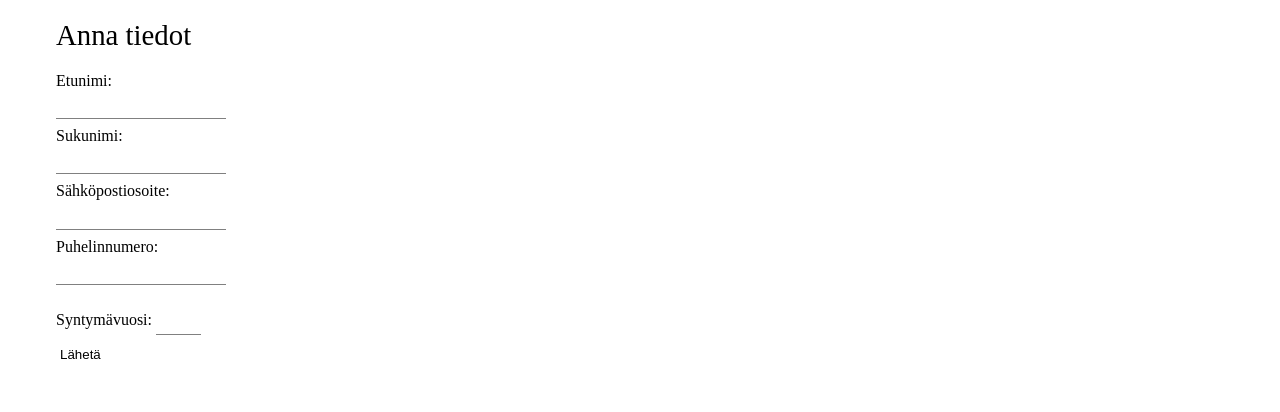
Repository: sirkian/ohj2-t4
Page: http://localhost/Tehtava3/kysy.jsp
These files come from the project's save history. The page is drawn as it stood at one moment and after the next save; the edit follows.
The browser window is 1280 px wide. The pictures show the whole page.
The page is served by Tomcat 9.

Above is the page before, as saved 2022-03-23 13:36:01.

After the next save:
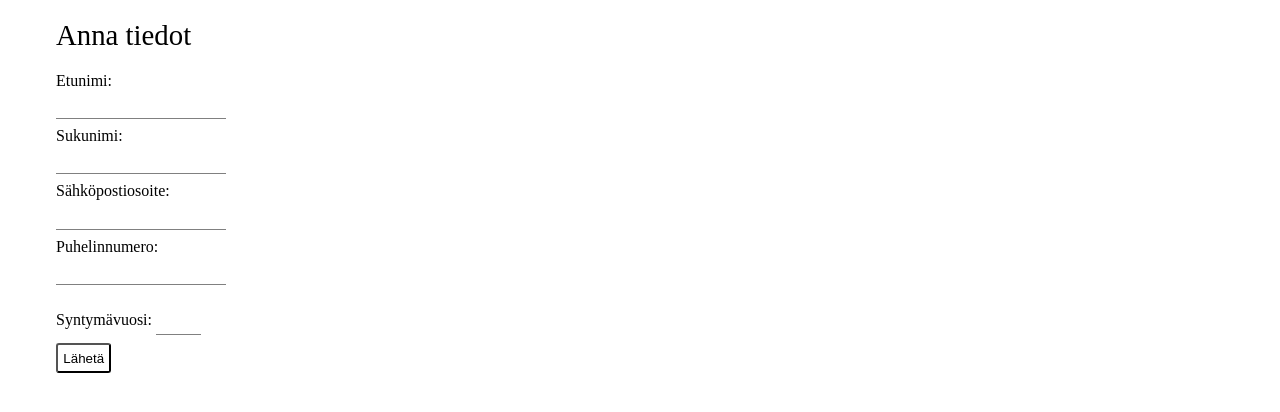
Saved 12 s later.
--- a/Tehtava3/src/main/webapp/kysy.jsp
+++ b/Tehtava3/src/main/webapp/kysy.jsp
@@ -25,9 +25,9 @@
 		margin-top: 1em;
 	}
 	input[type=submit] {
-		padding: .3em;
+		padding: .4em;
 		background-color: white;
-		border: none;
+		border-radius: 3px;
 	}
 	h1 {
 		font-size: 1.8em;
